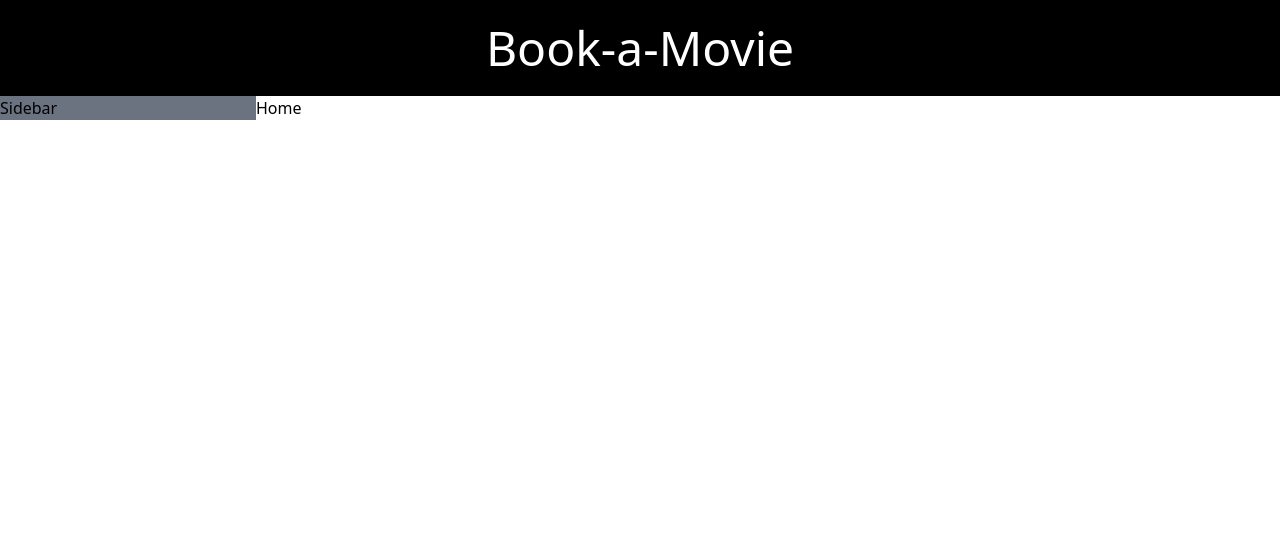
Repository: BhumilModi/movie-booking-app-assignment
Page: /Home
The author's editor kept a copy of each file at every save. The page is drawn from the files as they stood at one save, then again after the next save.
The browser window is 1280 px wide. The pictures show the whole page.
The project was rebuilt for these pictures with package versions that can differ from the ones it lists, and the page was loaded fresh each time. Also part of the build but not shown: src/App.css, src/components/Login.jsx, src/components/SignUp.jsx.

Above is the page before, as saved 2022-11-29 19:03:51.

### src/App.js
import { BrowserRouter, Route, Routes } from 'react-router-dom';
import './App.css';
import Home from './components/Home';
import Login from './components/Login';
import SignUp from './components/SignUp';
function App() {

  return (
    <BrowserRouter>
      <Routes>
        <Route path='/' element={<Login />} />
        <Route path='/signUp' element={<SignUp />} />
        <Route path='/Home' element={<Home />} />
      </Routes>
    </BrowserRouter>
  );
}

export default App;

### src/components/Home.jsx
import React from "react";
import Navbar from "./Navbar";
import Sidebar from "./Sidebar";

function Home() {
  return (
    <div className="h-[70vh]">
      <Navbar />
      <div className="flex">
        <Sidebar />
        Home
      </div>
    </div>
  );
}

export default Home;

### src/components/Navbar.jsx
import React from "react";

function Navbar() {
  return (
    <div className="h-24 bg-black flex justify-center items-center w-full">
      <div className="text-white text-[48px]">Book-a-Movie</div>
    </div>
  );
}

export default Navbar;

### src/components/Sidebar.jsx
import React from "react";

function Sidebar() {
  return <div className="w-1/5 h-full bg-gray-500">Sidebar</div>;
}

export default Sidebar;

Loaded but not shown: public/index.html (common file); src/index.js (common file); src/index.css (common file); tailwind.config.js (common file)

After the next save:
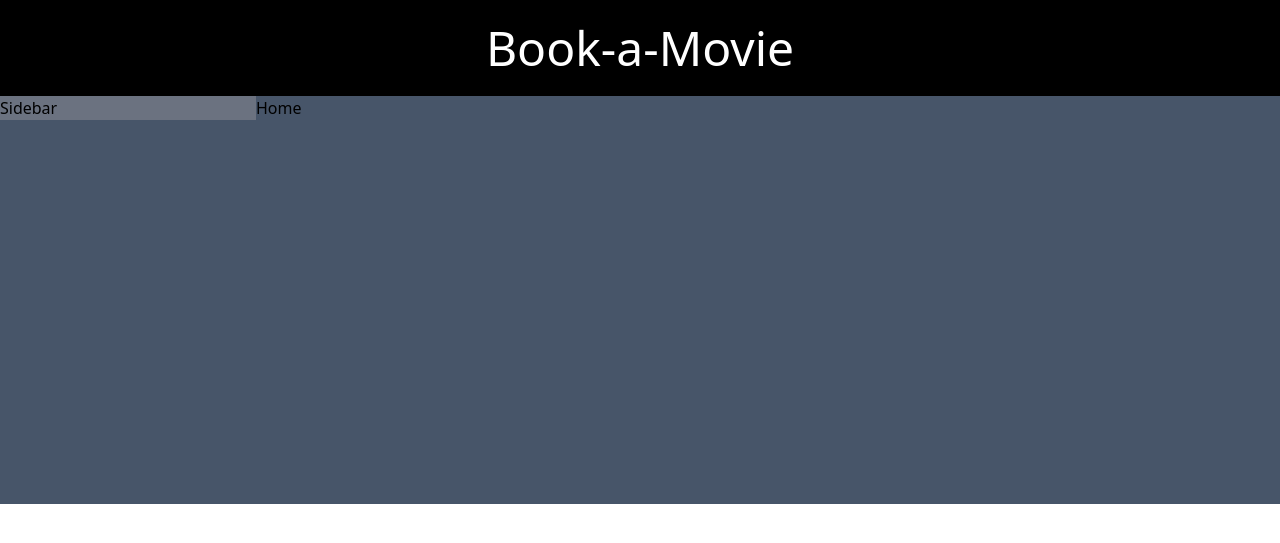
Saved 13 s later.
--- a/src/components/Home.jsx
+++ b/src/components/Home.jsx
@@ -4,7 +4,7 @@
 
 function Home() {
   return (
-    <div className="h-[70vh]">
+    <div className="h-[70vh] bg-slate-600">
       <Navbar />
       <div className="flex">
         <Sidebar />

After the save that followed:
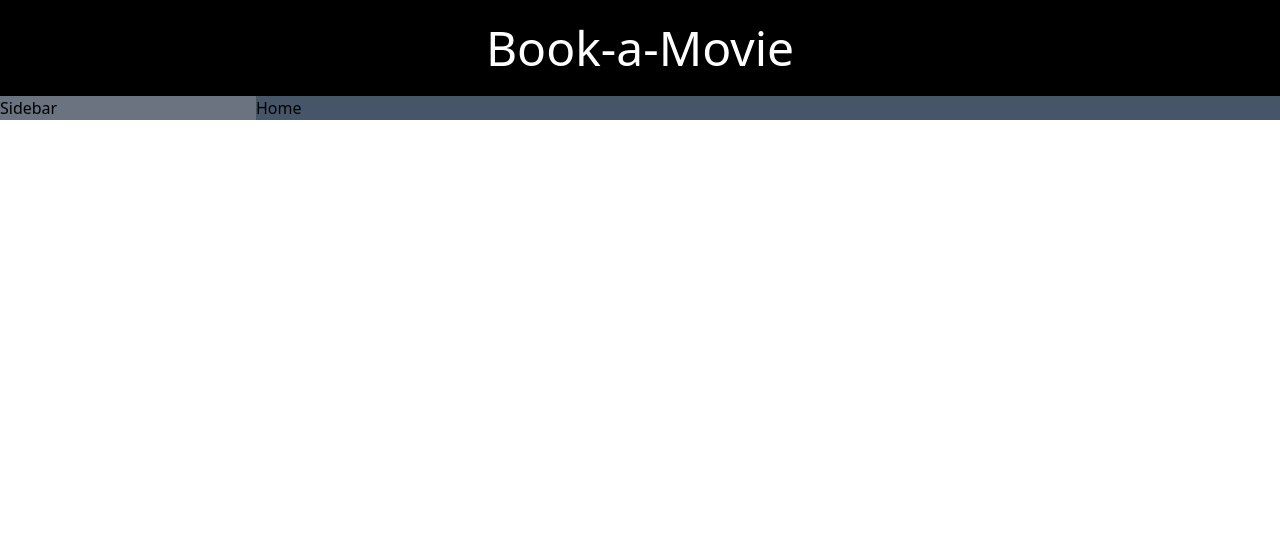
Saved 10 s later.
--- a/src/components/Home.jsx
+++ b/src/components/Home.jsx
@@ -4,7 +4,7 @@
 
 function Home() {
   return (
-    <div className="h-[70vh] bg-slate-600">
+    <div className="h-full bg-slate-600">
       <Navbar />
       <div className="flex">
         <Sidebar />
